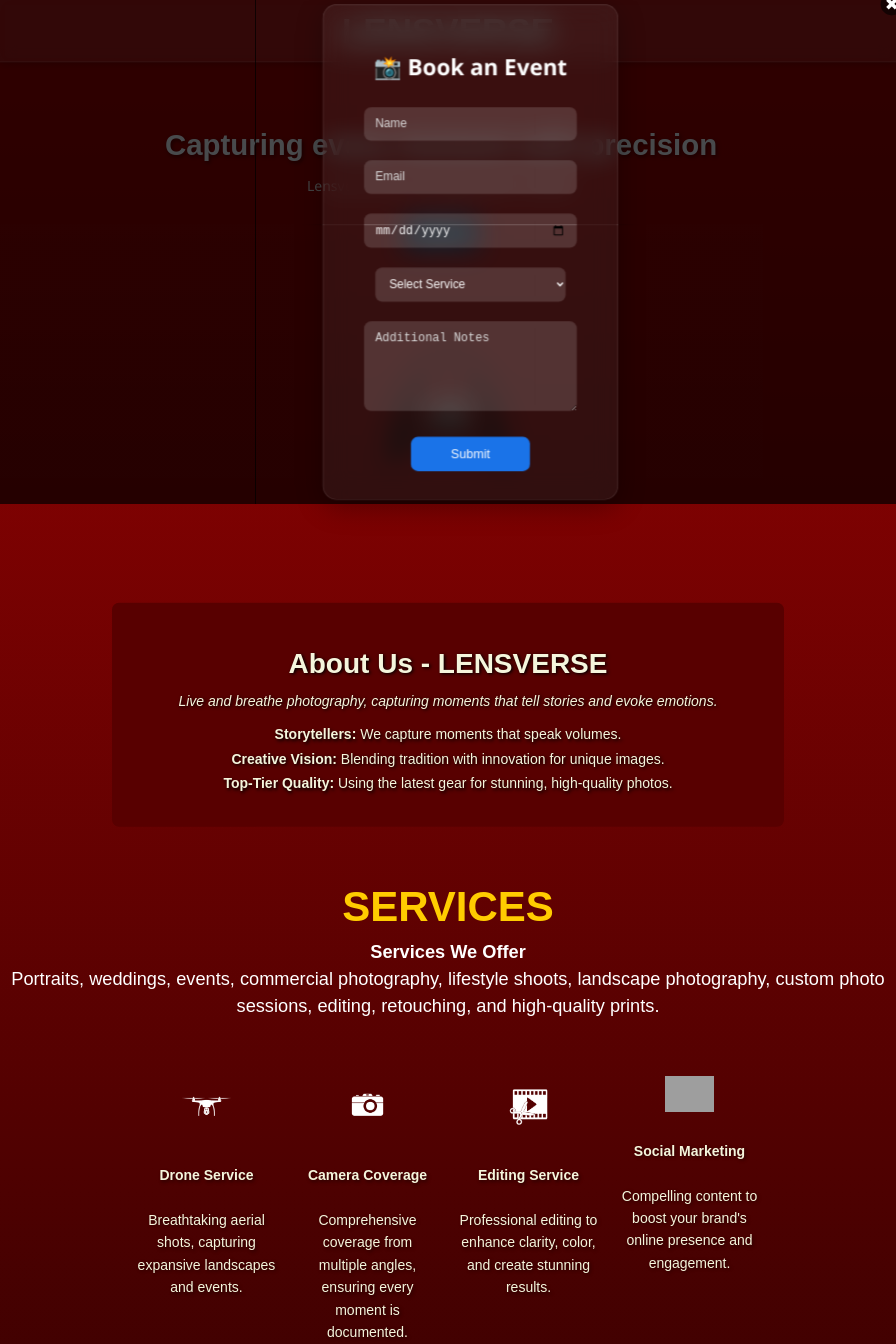
Repository: adithyakiran47/lensverse-frontend
Page: / (app in frontend/), after clicking the first element matching `button`
These files come from the project's save history. The page is drawn as it stood at one moment and after the next save; the edit follows.
The browser window is 1280 px wide. The pictures show the part of the page from y = 0 to 1920 px (the page is 3283 px tall), at 70% of full size.
Pictures or frames that could not be fetched are drawn as grey boxes. The project was rebuilt for these pictures with package versions that can differ from the ones it lists, and the page was loaded fresh each time.

Above is the page before, as saved 2025-06-20 21:51:42.

### frontend/public/index.html
<!DOCTYPE html>
<html lang="en">
  <head>
    <meta charset="utf-8" />
    <link rel="icon" href="%PUBLIC_URL%/favicon.ico" />
    <meta name="viewport" content="width=device-width, initial-scale=1" />
    <meta name="theme-color" content="#000000" />
    <meta
      name="description"
      content="Web site created using create-react-app"
    />
    <link rel="apple-touch-icon" href="%PUBLIC_URL%/logo192.png" />
    <!--
      manifest.json provides metadata used when your web app is installed on a
      user's mobile device or desktop. See https://developers.google.com/web/fundamentals/web-app-manifest/
    -->
    <link rel="manifest" href="%PUBLIC_URL%/manifest.json" />
    <!--
      Notice the use of %PUBLIC_URL% in the tags above.
      It will be replaced with the URL of the `public` folder during the build.
      Only files inside the `public` folder can be referenced from the HTML.

      Unlike "/favicon.ico" or "favicon.ico", "%PUBLIC_URL%/favicon.ico" will
      work correctly both with client-side routing and a non-root public URL.
      Learn how to configure a non-root public URL by running `npm run build`.
    -->
    <title>React App</title>
  </head>
  <body>
    <noscript>You need to enable JavaScript to run this app.</noscript>
    <div id="root"></div>
    <!--
      This HTML file is a template.
      If you open it directly in the browser, you will see an empty page.

      You can add webfonts, meta tags, or analytics to this file.
      The build step will place the bundled scripts into the <body> tag.

      To begin the development, run `npm start` or `yarn start`.
      To create a production bundle, use `npm run build` or `yarn build`.
    -->
      <footer class="footer">
  <div class="footer-content">
    <p>© 2025 <strong>Lensverse</strong>. All rights reserved.</p>
    <p>Made with ❤️ by the Lensverse Team</p>
  </div>
</footer>

  </body>
</html>

### frontend/src/App.js
import React, { useState } from 'react';
import './App.css';

import Header from './components/Header';
import Banner from './components/Banner';
import About from './components/About';
import Services from './components/Services';
import Team from './components/Team';
import Contact from './components/Contact';
import BookingForm from './components/BookingForm';


function App() {
  const [showForm, setShowForm] = useState(false);

  return (
    <>
      <Header />
      <Banner onBookClick={() => setShowForm(true)} />
      <About />
      <Services />
      <Team />
      <Contact />

      {showForm && (
        <div className="popup-backdrop">
          <div className="popup-form">
            <button className="close-btn" onClick={() => setShowForm(false)}>✖</button>
            <BookingForm onSuccess={() => setShowForm(false)} />
          </div>
        </div>
      )}
    </>
  );
}

export default App;

### frontend/src/App.css
.App {
  text-align: center;
}

.App-logo {
  height: 40vmin;
  pointer-events: none;
}

@media (prefers-reduced-motion: no-preference) {
  .App-logo {
    animation: App-logo-spin infinite 20s linear;
  }
}

.App-header {
  background-color: #282c34;
  min-height: 100vh;
  display: flex;
  flex-direction: column;
  align-items: center;
  justify-content: center;
  font-size: calc(10px + 2vmin);
  color: white;
}

.App-link {
  color: #61dafb;
}

@keyframes App-logo-spin {
  from {
    transform: rotate(0deg);
  }
  to {
    transform: rotate(360deg);
  }
}
.popup-backdrop {
  position: fixed;
  top: 0;
  left: 0;
  height: 100%;
  width: 100%;
  background: rgba(0, 0, 0, 0.7);
  display: flex;
  align-items: center;
  justify-content: center;
  z-index: 999;
}

.popup-form {
  background: transparent; /* ✅ remove white */
  box-shadow: none;        /* optional: remove white drop shadow */
  border: none;
  padding: 0;
}

.close-btn {
  position: absolute;
  top: 10px;
  right: 15px;
  background: none;
  border: none;
  font-size: 20px;
  cursor: pointer;
}
.banner {
  display: flex;
  justify-content: space-between;
  align-items: center;
  padding: 40px;
  max-width: 1200px;
  margin: auto;
}

.banner h2 {
  font-size: 2rem;
  margin-bottom: 10px;
}

.banner p {
  font-size: 1.1rem;
  margin-bottom: 20px;
}

.banner button {
  padding: 10px 20px;
  background-color: #003f70;
  color: white;
  border: none;
  border-radius: 5px;
  cursor: pointer;
  font-size: 1rem;
}

.banner img {
  max-width: 150px;
  height: auto;
}

.banner-left {
  flex: 1;
  padding-right: 20px;
}

.banner-right {
  flex: 0 0 200px;
  display: flex;
  justify-content: center;
  align-items: center;
}
/* App.css */
body {
  margin: 0;
  padding: 0;
  background: linear-gradient(to bottom, #a00202, #000000);
  font-family: 'Segoe UI', Tahoma, Geneva, Verdana, sans-serif;
  color: white;
}

.footer {
  background: rgba(0, 0, 0, 0.6);
  padding: 30px 20px;
  text-align: center;
  color: #ddd;
  font-family: "Montserrat", sans-serif;
  font-size: 14px;
  /*border-top: 1px solid rgba(255, 255, 255, 0.1);*/
}

.footer-content p {
  margin: 6px 0;
  text-shadow: 1px 1px 4px rgba(0, 0, 0, 0.5);
}

.footer-content strong {
  color: #ff4c4c;
}

### frontend/src/components/Header.js
// src/components/Header.js
import React from 'react';
import './Header.css'; // We'll create this next

const Header = () => {
  return (
    <div id="header">
      <div className="container">
        <div className="head1">
          <h1>LENSVERSE</h1>
        </div>
      </div>
    </div>
  );
};

export default Header;

### frontend/src/components/Banner.js
import React from 'react';
import './Banner.css';

const Banner = ({ onBookClick }) => {
  return (
    <div id="banner">
      <div className="container">
        <div className="banner-wrapper">
          <div className="banner-left">
            <h2 className="cap">Capturing every moment with precision</h2>
            <p>Lensverse, your coverage team in action!</p>
            <div className="from">
              <button onClick={onBookClick}>BOOK</button>
            </div>
          </div>
          <div className="banner-right">
            <img src="channel logo new transparent.png" alt="Lensverse Banner" />
          </div>
        </div>
      </div>
    </div>
  );
};

export default Banner;

### frontend/src/components/About.js
import React from 'react';
import './About.css';

const About = () => {
  return (
    <div id="about">
      <div className="container">
        <div className="about-wrapper">
          <div className="about-content">
            <h2>About Us - LENSVERSE</h2>
            <p><em>Live and breathe photography, capturing moments that tell stories and evoke emotions.</em></p>
            <ul>
              <li><b>Storytellers:</b> We capture moments that speak volumes.</li>
              <li><b>Creative Vision:</b> Blending tradition with innovation for unique images.</li>
              <li><b>Top-Tier Quality:</b> Using the latest gear for stunning, high-quality photos.</li>
            </ul>
          </div>
        </div>
      </div>
    </div>
  );
};

export default About;

### frontend/src/components/Services.js
// src/components/Services.js
import React from 'react';
import './Services.css';

const Services = () => {
  return (
    <div id="services">
      <div className="container">
        <div className="service-title">
          <h3>SERVICES</h3>
          <p><b>Services We Offer</b><br />
            Portraits, weddings, events, commercial photography, lifestyle shoots, landscape photography, custom photo sessions, editing, retouching, and high-quality prints.
          </p>
        </div>

        <div className="service-details">
          <div className="service-detail">
            <img src="/drone.png" alt="Drone Service" />
            <p><b>Drone Service</b><br /><br />Breathtaking aerial shots, capturing expansive landscapes and events.</p>
          </div>

          <div className="service-detail">
            <img src="/camera.png" alt="Camera Coverage" />
            <p><b>Camera Coverage</b><br /><br />Comprehensive coverage from multiple angles, ensuring every moment is documented.</p>
          </div>

          <div className="service-detail">
            <img src="/editing.png" alt="Editing Service" />
            <p><b>Editing Service</b><br /><br />Professional editing to enhance clarity, color, and create stunning results.</p>
          </div>

          <div className="service-detail">
            <img src="/social.png" alt="Social Marketing" />
            <p><b>Social Marketing</b><br /><br />Compelling content to boost your brand's online presence and engagement.</p>
          </div>
        </div>
      </div>
    </div>
  );
};

export default Services;

### frontend/src/components/Team.js
// src/components/Team.js
import React from 'react';
import './Team.css';

const Team = () => {
  return (
    <div id="team">
      <div className="container">
        <div className="members">
          <h4>FOUNDERS</h4>
          <div className="member service-details">

            <div className="kiran">
              <img src="IMG_0384.JPG" alt="Adithya Kiran V" />
              <h5>ADITHYA KIRAN V</h5>
              <div className="social">
                <a href="https://www.instagram.com/adithya.x/" target="_blank" rel="noreferrer">
                  <img src="/instagramlogo.png" alt="Instagram" />
                </a>
                <a href="https://linkedin.com" target="_blank" rel="noreferrer">
                  <img src="linkedin.png" alt="LinkedIn" />
                </a>
              </div>
            </div>

            <div className="vl">
              <img src="IMG_0383.JPG" alt="Arun VL" />
              <h6>ARUN VL</h6>
              <div className="social">
                <a href="https://www.instagram.com/__arun_vl__/" target="_blank" rel="noreferrer">
                  <img src="/instagramlogo.png" alt="Instagram" />
                </a>
                <a href="https://linkedin.com" target="_blank" rel="noreferrer">
                  <img src="linkedin.png" alt="LinkedIn" />
                </a>
              </div>
            </div>

          </div>
        </div>
      </div>
    </div>
  );
};

export default Team;

### frontend/src/components/Contact.js
// src/components/Contact.js
import React from 'react';
import './Contact.css';

const Contact = () => {
  return (
    <div id="contact">
      <div className="container">
        <div className="contactdetails">
          <h4>CONTACT</h4>
          <div className="contact-details">

            <div className="instapng">
              <a href="https://www.instagram.com/__lensverse__/" target="_blank" rel="noreferrer">
                <img src="instagramlogo.png" alt="Instagram" />
              </a>
            </div>

            <div className="mailpng">
              <a href="mailto:lensversecontact@gmail.com">
                <img src="mail.png" alt="Email" />
              </a>
            </div>

          </div>
        </div>
      </div>
    </div>
  );
};

export default Contact;

### frontend/src/components/Header.css
#header {
  background: rgba(255, 255, 255, 0.1); /* Light transparent white */
  backdrop-filter: blur(10px); /* Creates the frosted glass blur */
  -webkit-backdrop-filter: blur(10px); /* For Safari */
  padding: 15px 0;
  text-shadow: 2px 2px 5px rgba(0, 0, 0, 0.485);
  border-bottom: 1px solid rgba(255, 255, 255, 0.2); /* Optional border */
  box-shadow: 0 4px 10px rgba(0, 0, 0, 0.2); /* Optional soft shadow */
}

.head1 h1 {
  font-family: "Bebas Neue", sans-serif;
  font-size: 50px;
  color: white;
  transition: color 0.3s ease;
  text-align: center;
  margin: 0;
}

### frontend/src/components/Banner.css
#banner {
 /* background: linear-gradient(to bottom, #ff0000, #000000); /* Optional gradient */
  color: aliceblue;
  padding: 60px 20px;
  text-align: center; /* Center all content */
}

.banner-wrapper {
  display: flex;
  flex-direction: column; /* Stack content vertically */
  align-items: center;
  gap: 30px;
}

.banner-left .cap {
  font-size: 42px; /* Increased font size */
  font-weight: 600;
  margin-bottom: 20px;
  font-family: "Bebas Neue", sans-serif;
  text-shadow: 2px 2px 6px rgba(0, 0, 0, 0.5);
}

.banner-left p {
  font-size: 20px;
  margin-bottom: 30px;
  color: #ddd;
}

.from button {
  background-color: rgb(0, 55, 94);
  color: white;
  font-size: 18px;
  padding: 14px 28px;
  border: none;
  border-radius: 8px;
  cursor: pointer;
  transition: background-color 0.3s ease, transform 0.2s ease;
}

.from button:hover {
  background-color: rgb(0, 75, 120);
  transform: scale(1.05);
}

/* Banner image */
.banner-right img {
  max-width: 500px;
  height: auto;
  filter: drop-shadow(0 0 6px rgba(0, 0, 0, 0.3));
}

### frontend/src/components/About.css
#about {
  padding: 60px 20px;
  text-align: center;
}

.about-wrapper {
  max-width: 900px;
  margin: 0 auto;
  padding: 30px;
  background-color: rgb(88, 0, 0);
  border-radius: 10px;
  color: beige;
  text-shadow: 2px 2px 5px rgb(0, 0, 0);
  /*transition: background-color 0.3s ease, border 0.3s ease;*/
}


.about-content h2 {
  font-size: 40px;
  font-family: "Montserrat", sans-serif;
  margin-bottom: 20px;
}

.about-content p {
  font-size: 20px;
  font-family: "Montserrat", sans-serif;
  margin-bottom: 25px;
}

.about-content ul {
  list-style: none;
  padding-left: 0;
  font-size: 20px;
  font-family: "Montserrat", sans-serif;
}

.about-content li {
  margin-bottom: 12px;
}

### frontend/src/components/Services.css
/* Title Section */
.service-title {
  text-align: center;
  font-family: "Teko", sans-serif;
  margin-bottom: 40px;
}

.service-title h3 {
  font-size: 60px;
  color: rgb(255, 204, 0);
  margin: 20px 0 0 0;
}

.service-title p {
  color: #ffffff;
  font-size: 26px;
  margin-top: 10px;
  line-height: 1.5;
}

/* Services Container */
.service-details {
  display: flex;
  flex-wrap: wrap;
  justify-content: center;
  gap: 30px;
  padding: 40px 20px;
  /*background-color: rgba(205, 42, 45, 0.819);*/
  color: beige;
  font-family: "Montserrat", sans-serif;
  /*border-radius: 10px;
  border: 1px solid rgba(0, 0, 0, 0.397);*/
  text-shadow: 2px 2px 5px rgba(0, 0, 0, 0.485);
  transition: background-color 0.3s ease, border 0.3s ease;
}

/* Hover Effect */
/*.service-details:hover {
  background-color: rgba(253, 242, 241, 0.25);
  border: 1px solid rgba(0, 0, 0, 0.7);
  color: black;
}*/

/* Individual Card */
.service-detail {
  flex-basis: 200px;
  text-align: center;
  max-width: 250px;

}

.service-detail img {
  width: 70px;
  margin-bottom: 15px;
}

.service-detail p {
  font-size: 20px;
  line-height: 1.6;
}

### frontend/src/components/Team.css
#team {
  display: flex;
  justify-content: center;
  padding: 60px 20px;
  background-color: transparent;
  color: white;
  text-align: center;
}

.members h4 {
  font-family: "Teko", sans-serif;
  font-size: 60px;
  color: rgb(201, 161, 0);
  margin-bottom: 40px;
}

.member {
  display: flex;
  flex-wrap: wrap;
  justify-content: center;
  gap: 60px;
}

/* Each profile block */
.kiran, .vl {
  max-width: 280px;
}

.kiran img,
.vl img {
  width: 250px;
  height: 350px; /* Recommended size */
  object-fit: cover;
  border-radius: 12px;
  border: 1px solid rgba(255, 255, 255, 0.3);
  box-shadow: 0 4px 15px rgba(0, 0, 0, 0.4);
  filter: grayscale(100%);
  transition: filter 0.4s ease, transform 0.3s ease;
}

.kiran img:hover,
.vl img:hover {
  filter: grayscale(0%);
  transform: scale(1.03);
}

h5, h6 {
  font-size: 20px;
  margin: 15px 0 10px 0;
  font-family: "Montserrat", sans-serif;
  color: white;
}

.social {
  display: flex;
  justify-content: center;
  gap: 15px;
  margin-top: 10px;
}

.social img {
  width: 36px;
  height: 36px;
  border-radius: 50%;
  transition: transform 0.3s ease;
}

.social img:hover {
  transform: scale(1.2);
}

### frontend/src/components/Contact.css
.contactdetails {
  text-align: center;
  font-size: 60px;
  font-family: "Teko", sans-serif;
  color: rgb(201, 161, 0);
  margin-top: 40px;
}

.contact-details {
  display: flex;
  justify-content: center;
  gap: 30px;
  padding: 30px;
  margin-top: 20px;
  /*background-color: rgba(0, 0, 0, 0.819);*/
  border-radius: 10px;
  border: 1px solid rgba(0, 0, 0, 0.397);
  transition: background-color 0.3s ease, border 0.3s ease;
}

/*.contact-details:hover {
  background-color: rgba(253, 242, 241, 0.377);
  border: 1px solid rgba(0, 0, 0, 0.7);
}*/

.contact-details img {
  height: 50px;
  width: 50px;
  border-radius: 5px;
  transition: transform 0.2s ease;
}

.contact-details img:hover {
  transform: scale(1.1);
}

### frontend/src/components/BookingForm.css
.glass-form {
  background: rgba(255, 255, 255, 0.06);
  backdrop-filter: blur(18px);
  border: 1px solid rgba(255, 255, 255, 0.15);
  border-radius: 20px;
  padding: 40px;
  box-shadow: 0 10px 40px rgba(0, 0, 0, 0.3);
  width: 95%;
  max-width: 720px;
  margin: 50px auto;
  color: #fff;
  text-align: center;
}


.glass-form h2 {
  text-align: center;
  margin-bottom: 30px;
  font-size: 2rem;
  font-weight: 600;
  color: #fff;
}

.form-group {
  margin-bottom: 22px;
}

.glass-form input,
.glass-form select,
.glass-form textarea {
  display: inline-block;
  width: 80%;
  padding: 14px 16px;
  font-size: 17px;
  border-radius: 10px;
  border: none;
  background: rgba(255, 255, 255, 0.15);
  color: #fff;
  outline: none;
  margin-top: 6px;
}


.glass-form input::placeholder,
.glass-form textarea::placeholder {
  color: #ddd;
}

.glass-form textarea {
  resize: vertical;
  min-height: 100px;
}

.glass-form button {
  display: inline-block;
  width: 50%;
  padding: 14px;
  background-color: #1a73e8;
  color: white;
  font-size: 18px;
  border: none;
  border-radius: 10px;
  cursor: pointer;
  transition: background-color 0.3s ease;
  margin-top: 10px;
}


.glass-form button:hover {
  background-color: #155ab6;
}
.popup-wrapper {
  position: relative;
  display: inline-block;
}

.close-btn {
  position: absolute;
  top: -10px;
  right: -10px;
  font-size: 24px;
  color: #fff;
  background: rgba(0, 0, 0, 0.6);
  border: none;
  border-radius: 50%;
  width: 32px;
  height: 32px;
  cursor: pointer;
  z-index: 10;
  line-height: 0;
}

.close-btn:hover {
  background: rgba(255, 0, 0, 0.7);
}

Loaded but not shown: frontend/src/index.js (common file); frontend/src/index.css (common file); frontend/src/reportWebVitals.js (common file); frontend/src/components/BookingForm.js (70 lines, source omitted)

After the next save:
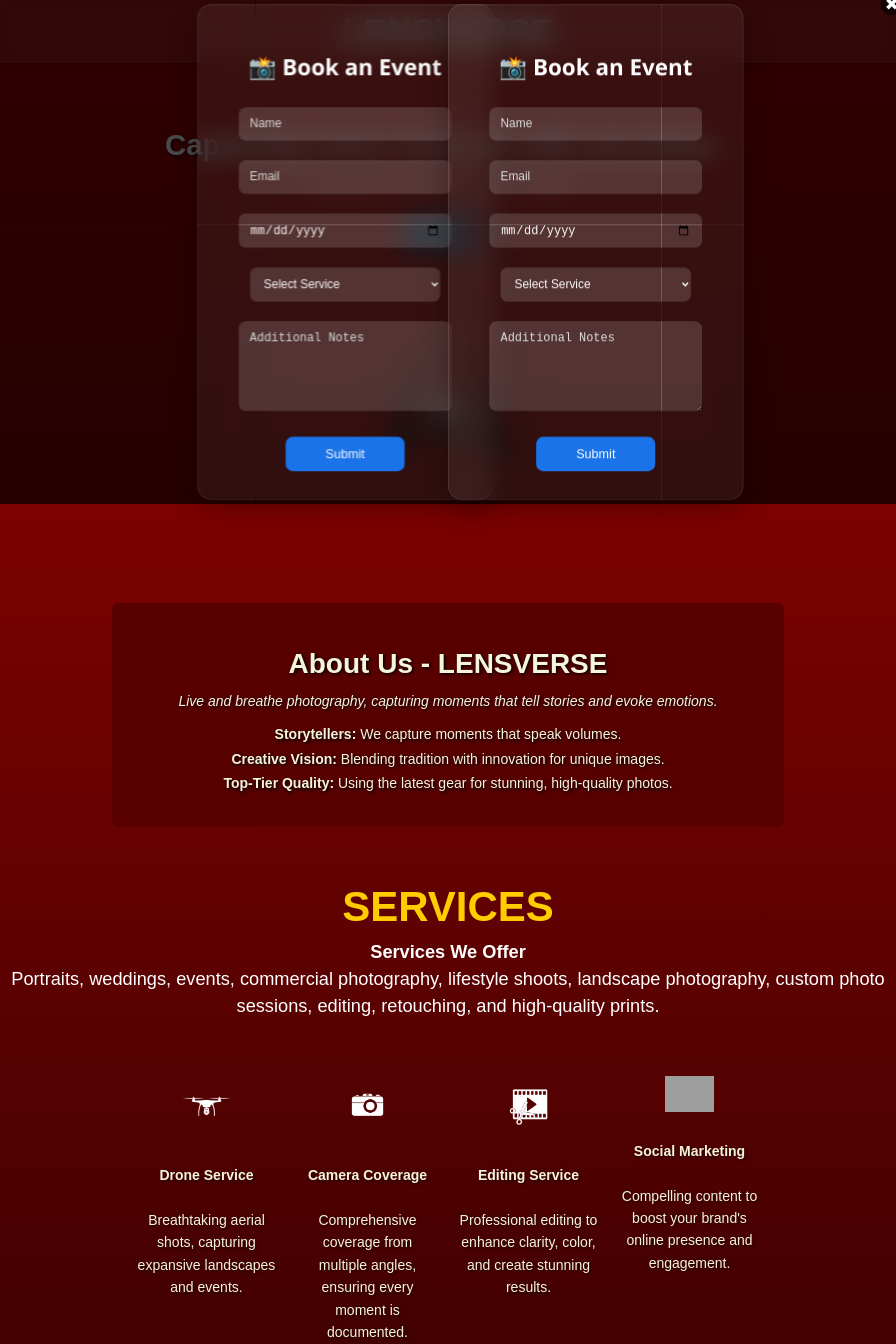
Saved 89 s later.
--- a/frontend/src/App.js
+++ b/frontend/src/App.js
@@ -27,6 +27,7 @@
           <div className="popup-form">
             <button className="close-btn" onClick={() => setShowForm(false)}>✖</button>
             <BookingForm onSuccess={() => setShowForm(false)} />
+              <BookingForm onClose={() => setShowForm(false)} onSuccess={() => setShowForm(false)} />
           </div>
         </div>
       )}

After the save that followed:
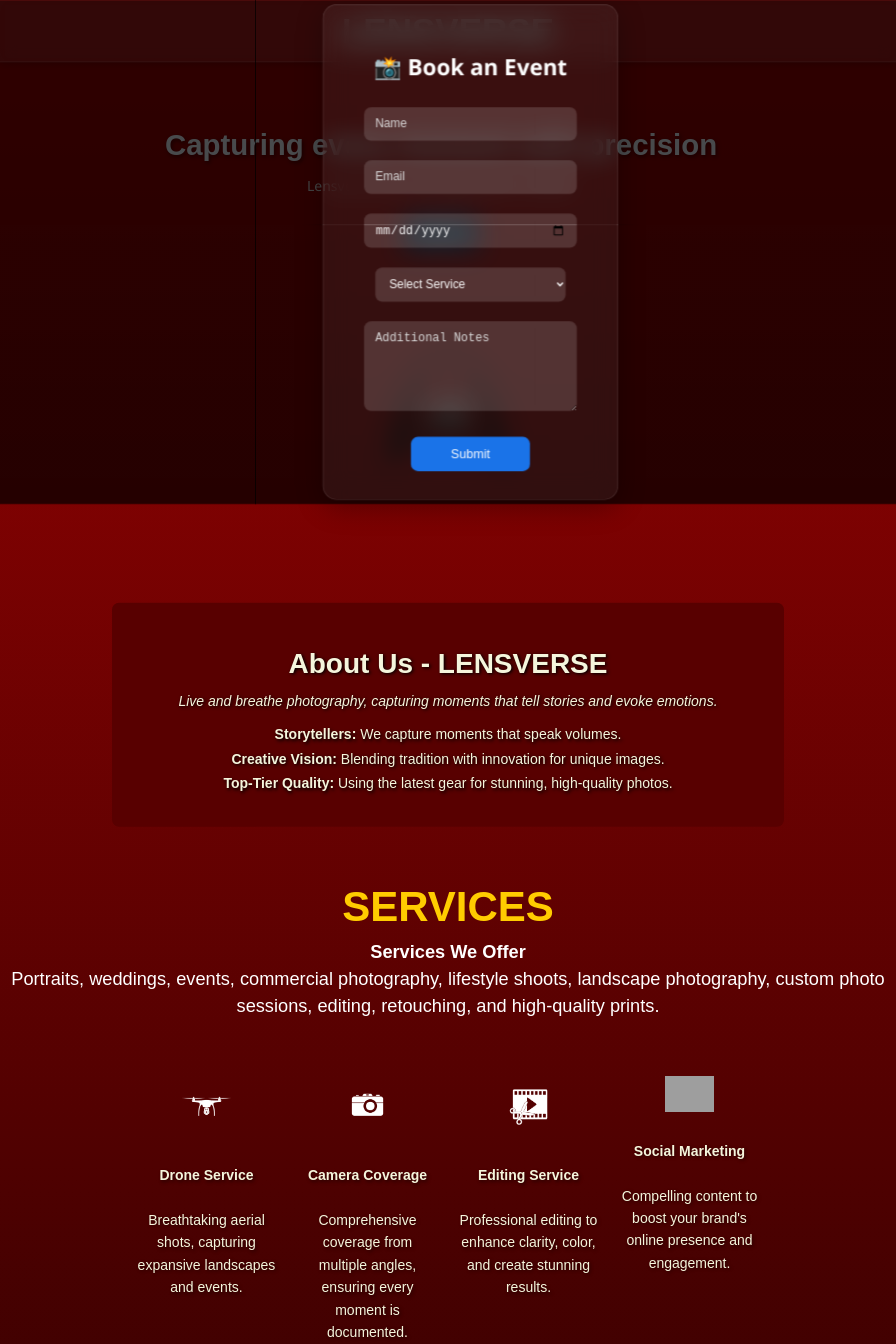
Saved 20 s later.
--- a/frontend/src/App.js
+++ b/frontend/src/App.js
@@ -23,14 +23,16 @@
       <Contact />
 
       {showForm && (
-        <div className="popup-backdrop">
-          <div className="popup-form">
-            <button className="close-btn" onClick={() => setShowForm(false)}>✖</button>
-            <BookingForm onSuccess={() => setShowForm(false)} />
-              <BookingForm onClose={() => setShowForm(false)} onSuccess={() => setShowForm(false)} />
-          </div>
-        </div>
-      )}
+  <div className="popup-backdrop">
+    <div className="popup-form">
+      <BookingForm
+        onClose={() => setShowForm(false)}
+        onSuccess={() => setShowForm(false)}
+      />
+    </div>
+  </div>
+)}
+
     </>
   );
 }
